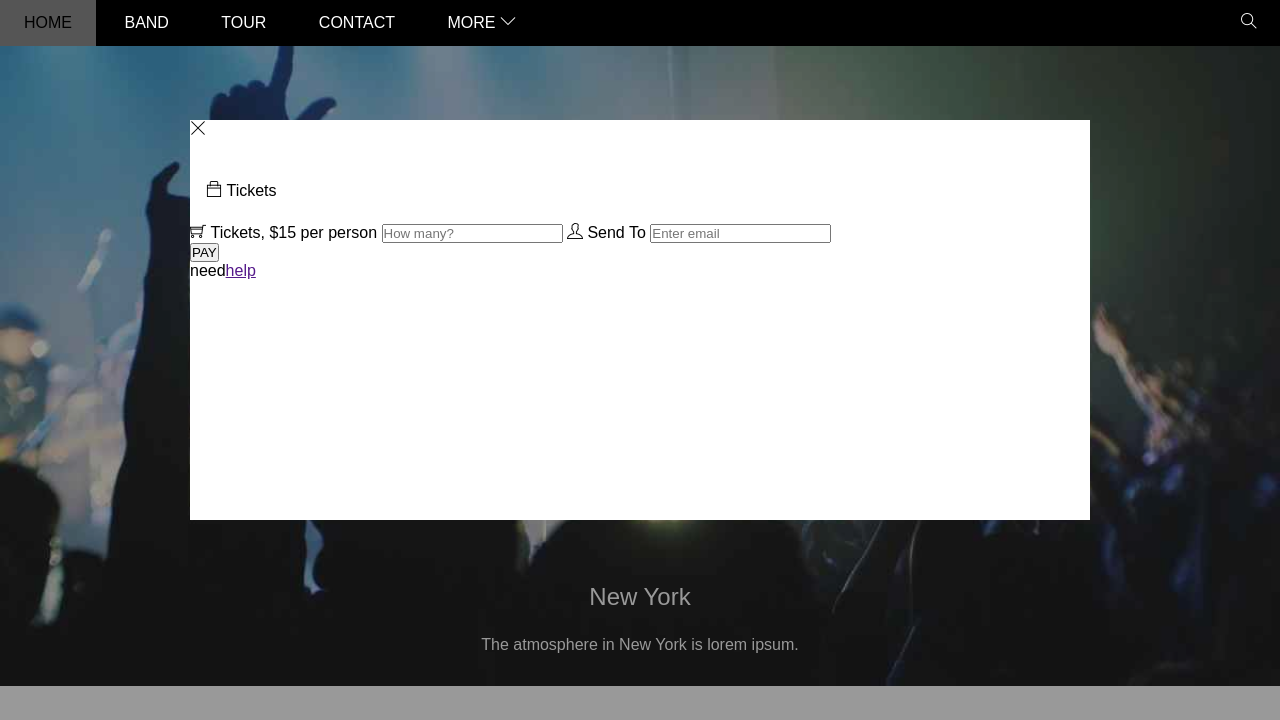
Repository: tung1233hhhhhhhhhhhhh/Website
Page: w3_band/index.html
These files come from the project's save history. The page is drawn as it stood at one moment and after the next save; the edit follows.
The browser window is 1280 px wide. The pictures show the window.
A layer covers the whole window, so only the first screen is drawn.

Above is the page before, as saved 2023-02-18 21:18:40.

After the next save:
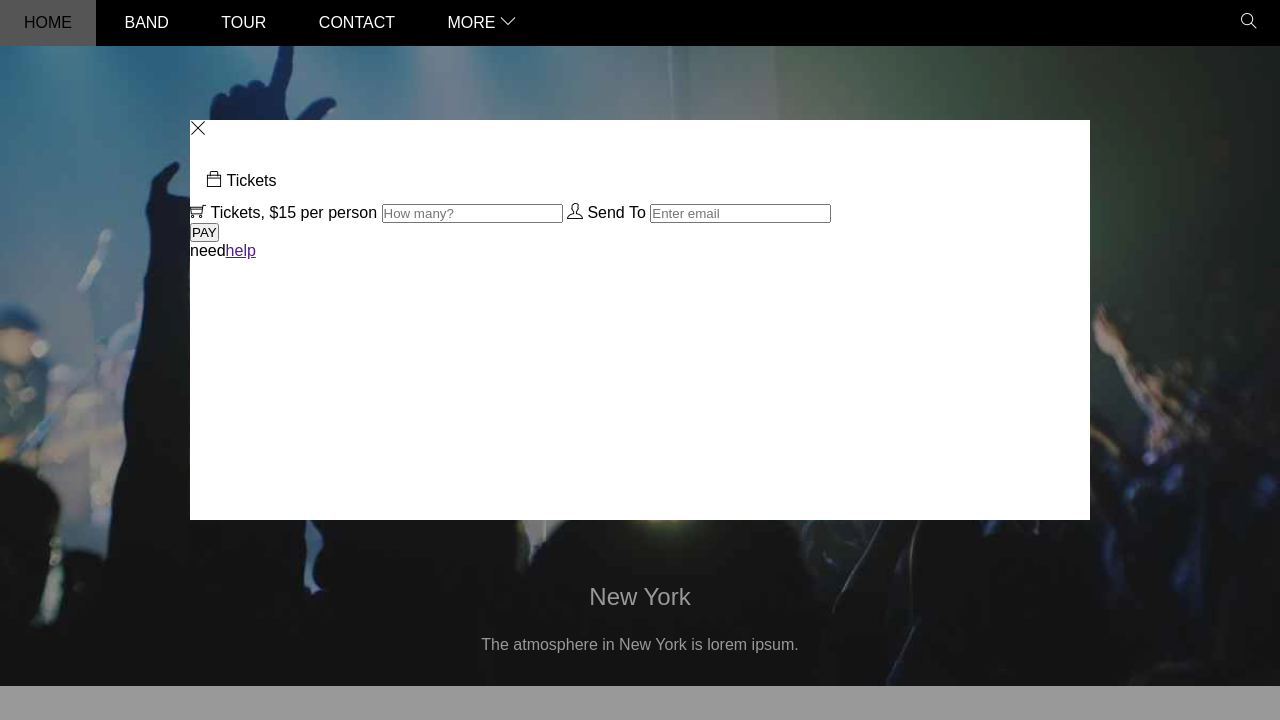
Saved 6 s later.
--- a/w3_band/assets/css/style.css
+++ b/w3_band/assets/css/style.css
@@ -401,5 +401,4 @@
     width: 100%;
     height: 45px;
     padding: 32px 16px;
-    margin: 10px 0;
-}
+}
